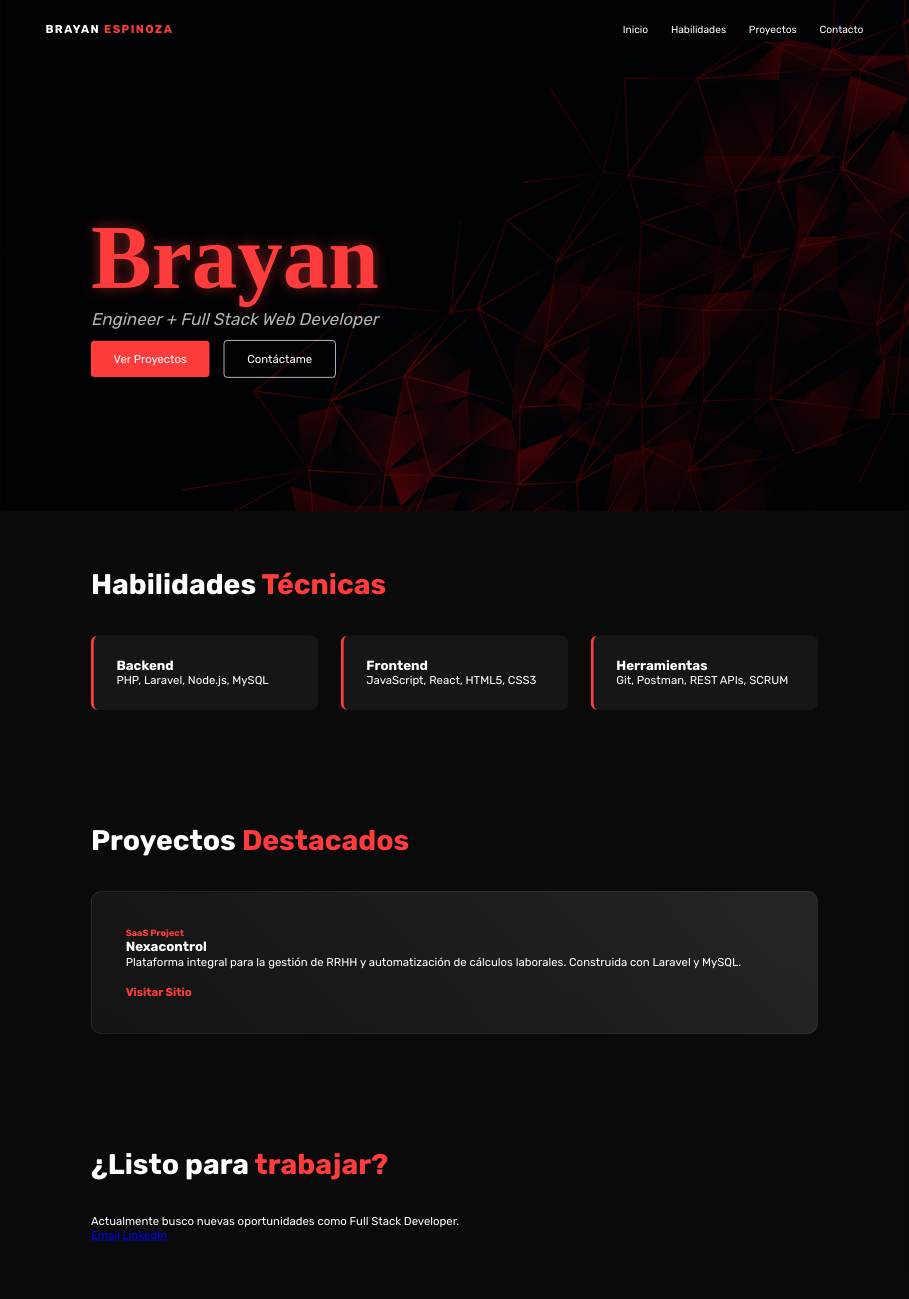
Repository: hercules830/Mi-portfolio-profesional
Page: index.html
An editor plug-in stored every save of this project. The page is shown before and after the next save, followed by the edit.
The browser window is 1280 px wide. The pictures show the whole page, at 71% of full size.
Some web fonts or font styles are not loaded; a fallback is used.

Above is the page before, as saved 2026-05-29 23:40:34.

After the next save:
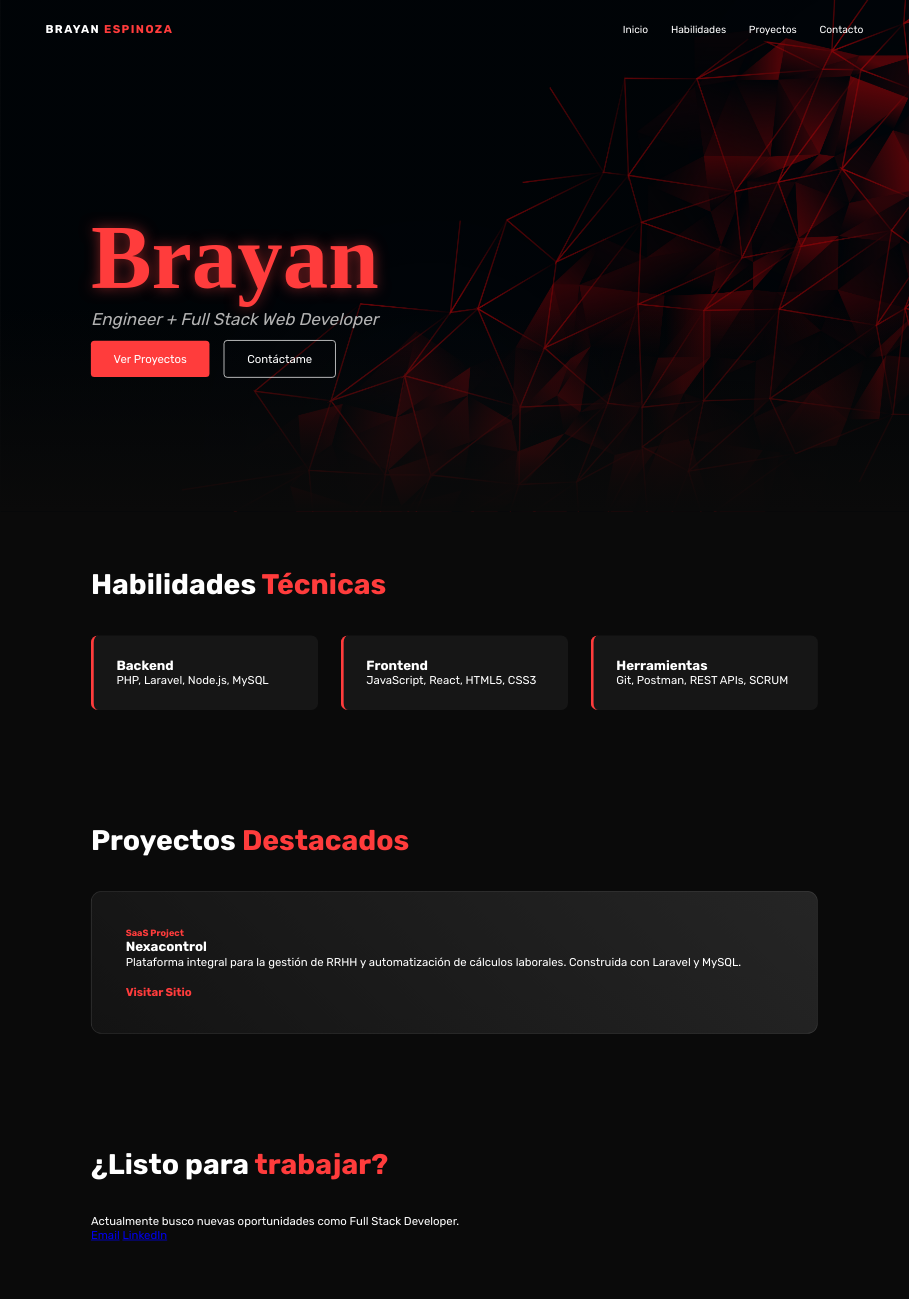
Saved 5 min 45 s later.
--- a/styles.css
+++ b/styles.css
@@ -21,7 +21,9 @@ body {
 /* Header & Hero */
 .header {
   height: 100vh;
-  background: linear-gradient(rgba(0, 0, 0, 0.7), rgba(0, 0, 0, 0.7)),
+  /* Añadimos un degradado que va hacia el negro al final para suavizar el corte */
+  background: linear-gradient(to bottom, transparent 60%, var(--dark-bg) 100%),
+    linear-gradient(rgba(0, 0, 0, 0.5), rgba(0, 0, 0, 0.5)),
     url("assets/background.jpg");
   background-size: cover;
   background-position: center;
